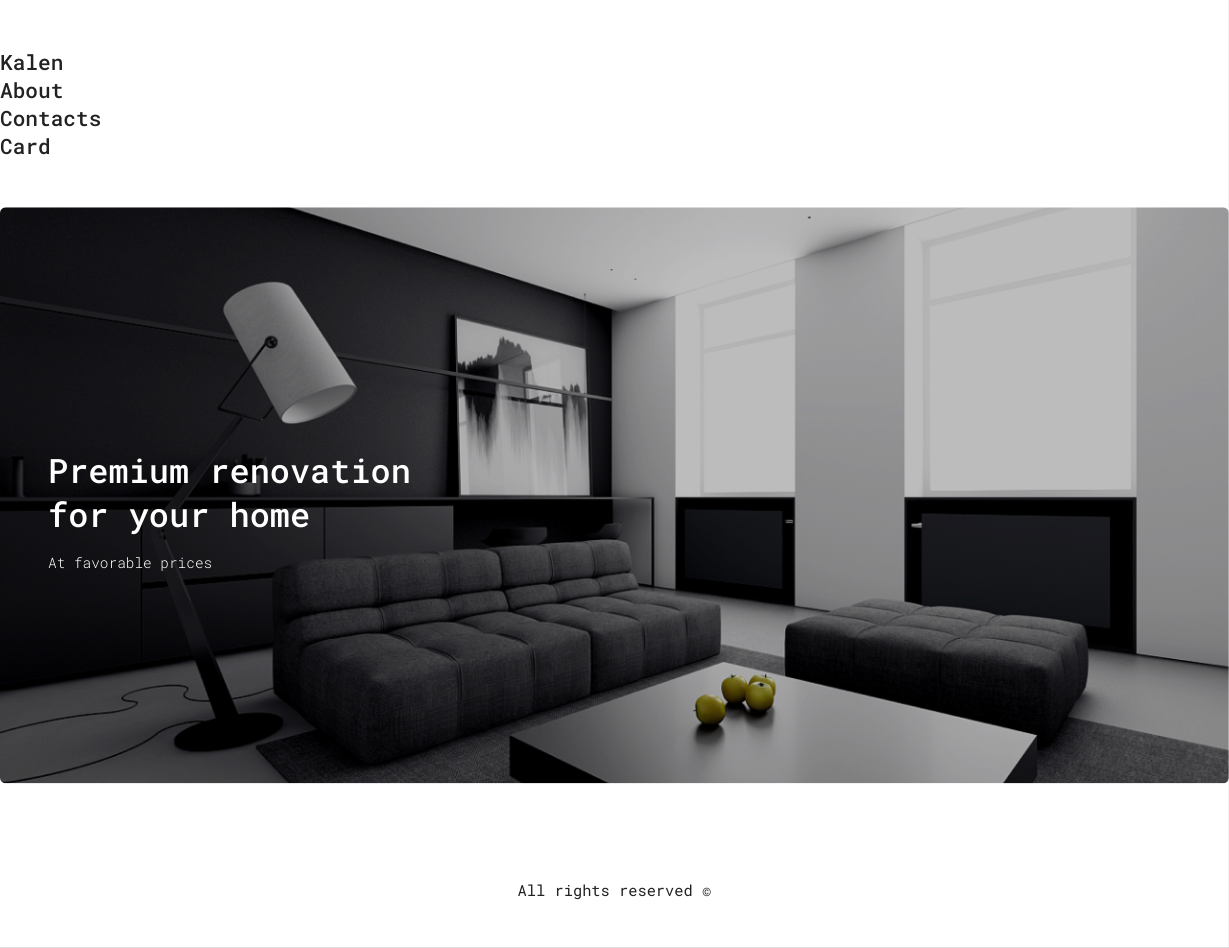
Repository: luckystar20206/e-commerce-react
Page: /
The author's editor kept a copy of each file at every save. The page is drawn from the files as they stood at one save, then again after the next save.
The browser window is 1280 px wide. The pictures show the whole page, at 96% of full size.
The project was rebuilt for these pictures with package versions that can differ from the ones it lists, and the page was loaded fresh each time.

Above is the page before, as saved 2022-11-30 00:09:01.

After the next save:
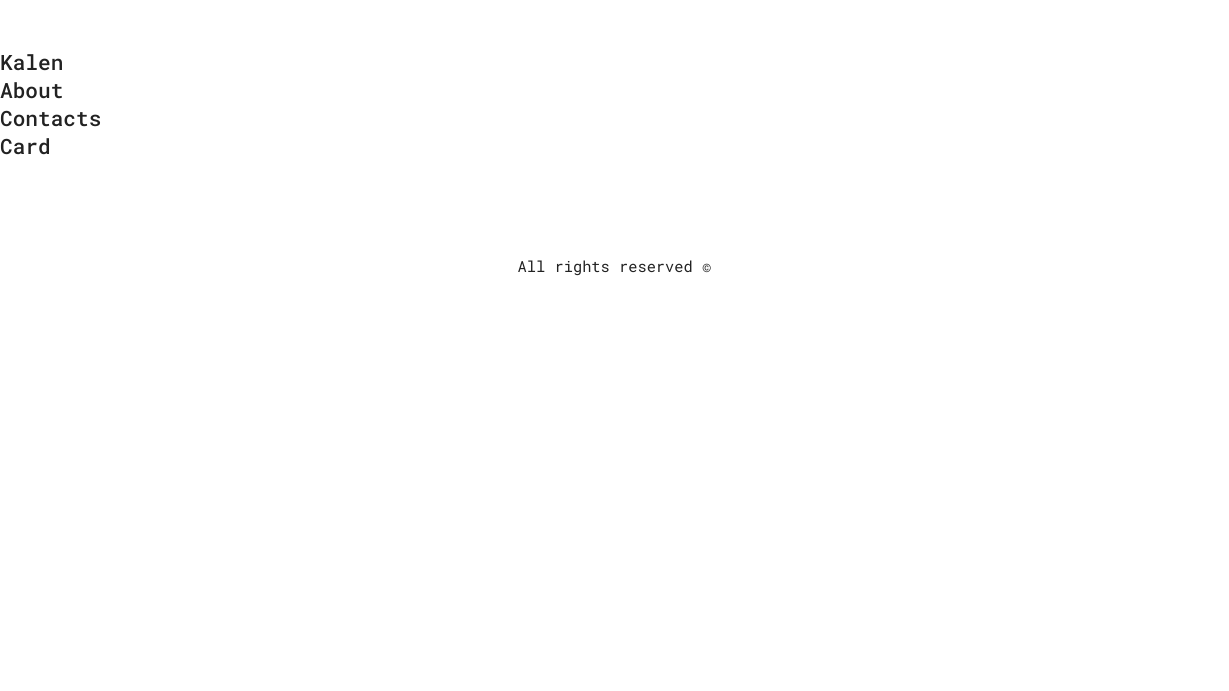
Saved 5 s later.
--- a/src/index.css
+++ b/src/index.css
@@ -20,7 +20,7 @@
 	font-size: 22px;
 }
 
-
+.header__
 
 .header__images {
 	margin: 50px auto;

After the save that followed:
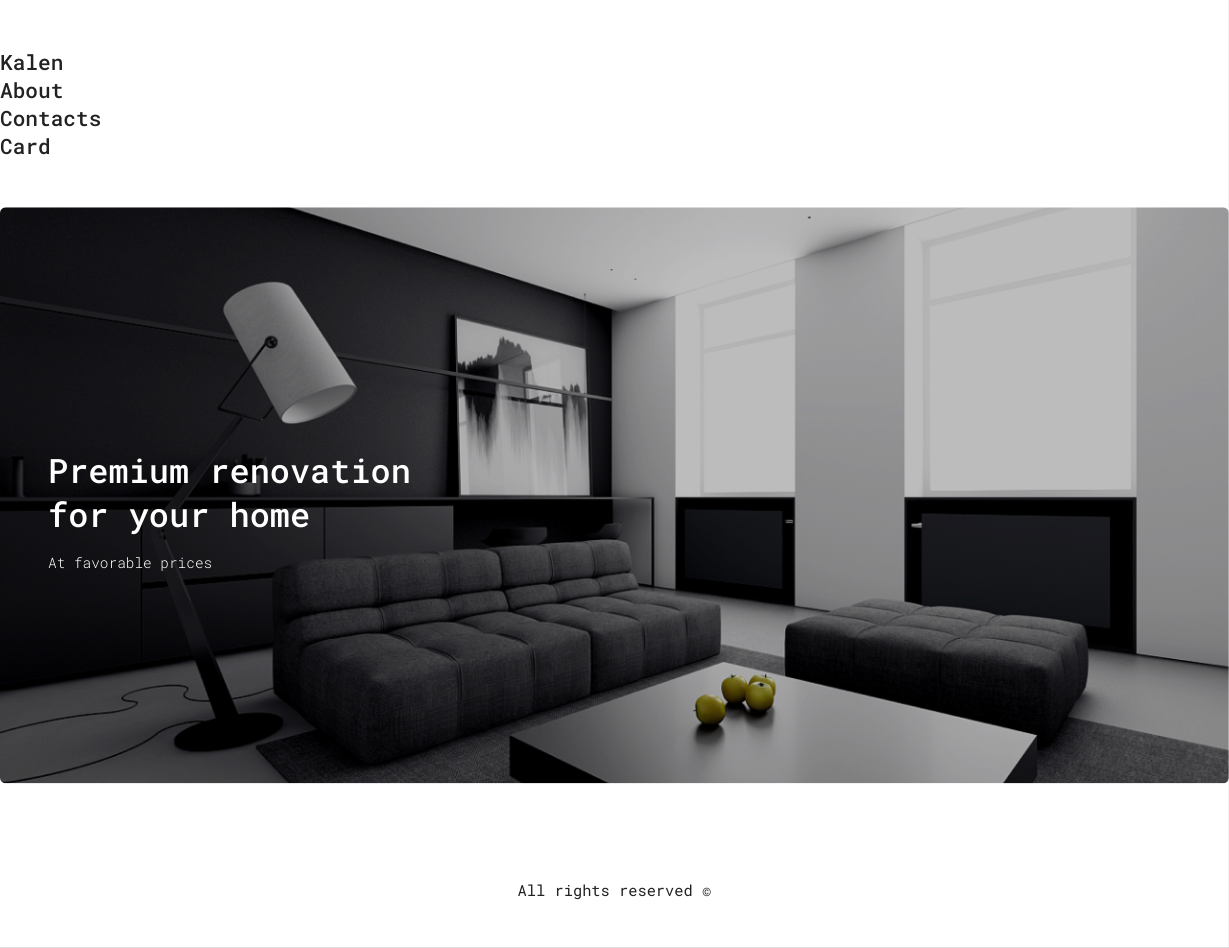
Saved 4 s later.
--- a/src/index.css
+++ b/src/index.css
@@ -20,7 +20,9 @@
 	font-size: 22px;
 }
 
-.header__
+.header__nav {
+
+}
 
 .header__images {
 	margin: 50px auto;
